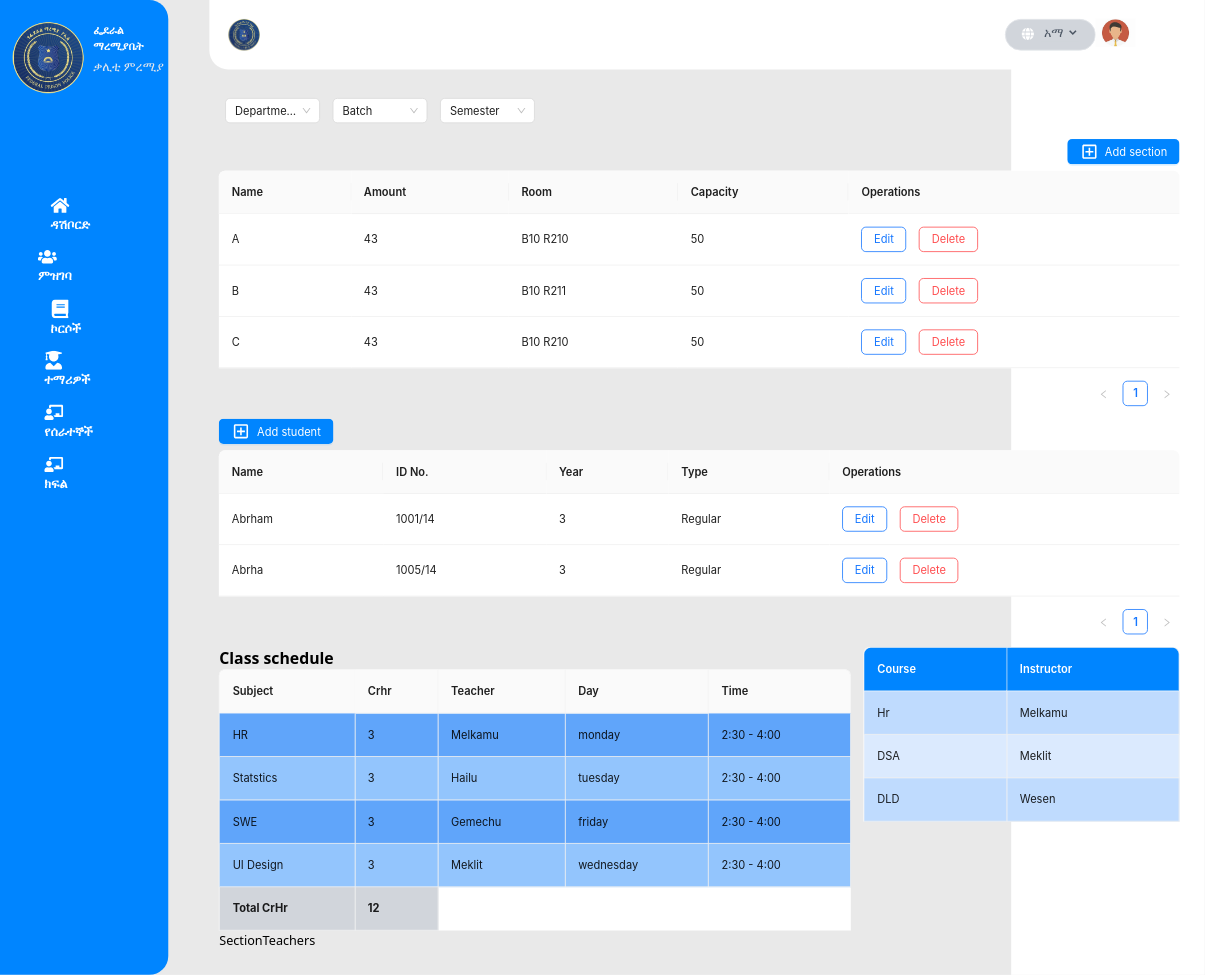
Repository: Yigoya/federal-prison-education-ms-frontend
Page: /classroom, after clicking the first element matching `td.ant-table-cell > a`
An editor plug-in stored every save of this project. The page is shown before and after a run of saves, followed by the edit.
The browser window is 1280 px wide. The page is 1525 px wide, so the pictures cover 1525 px, including what lies to the right of the window. The pictures show the whole page, at 79% of full size.
The project was rebuilt for these pictures with package versions that can differ from the ones it lists, and the page was loaded fresh each time. Also part of the build but not shown: vite.config.js, src/App.css, src/pages/DashBoard.jsx, src/pages/Courses.jsx, src/layout/AuthLayout.jsx, src/pages/Login.jsx, src/pages/Teachers.jsx, src/pages/StudentRegistration.jsx and 2 more. Imported but missing from the stored project, and not drawn on this page: src/pages/Students.

Above is the page before, as saved 2024-07-05 11:01:53.

### src/App.jsx
// import { useState } from "react";
import "./App.css";
import { Routes, Route } from "react-router-dom";
import DashBoard from "./pages/DashBoard";
// import Register from "./pages/Register";
import Students from "./pages/Students";
import Courses from "./pages/Courses";
import RootLayout from "./layout/RootLayout";
import AuthLayout from "./layout/AuthLayout";
import Login from "./pages/Login";
import Teachers from "./pages/Teachers";
// import { useTranslation } from "react-i18next";
import { StudentRegistration } from "./pages/StudentRegistration";
import Classroom from "./pages/Classroom";
function App() {
  // const [count, setCount] = useState(0);
  // const { t } = useTranslation();
  return (
    <>
      <Routes>
        <Route element={<AuthLayout />}>
          <Route path="/login" element={<Login />} />
        </Route>
        <Route element={<RootLayout />}>
          <Route path="/" element={<DashBoard />} />
          <Route path="/register" element={<StudentRegistration />} />
          <Route path="/students" element={<Students />} />
          <Route path="/courses" element={<Courses />} />
          <Route path="/allcourse" element={<Courses />} />
          <Route path="/addcourse" element={<Courses />} />
          <Route path="/managecourse" element={<Courses />} />
          <Route path="/classroom" element={<Classroom />} />
          <Route path="/grading" element={<Courses />} />
          <Route path="/staffprofile" element={<Courses />} />
          <Route path="/examscheduling" element={<Teachers />} />
        </Route>
      </Routes>
    </>
  );
}

export default App;

### src/i18n.js
import i18n from 'i18next';
import { initReactI18next } from 'react-i18next';

i18n
  .use(initReactI18next) // Initialize React integration
  .init({
    resources: {
      en: { translation: {
        "login": "login!",
        "id": "Enter Id number",
        "password": "Enter your password",
        "fpassword": "forgot your password",
        "FDRE": "FEDERAL PRSISON POLICE",
        "courses":"courses",
        "kality": "Kality Prison",
        "dashboard": "Dashboardes",
        "students": "Students",
        "teacher": "Teacher",
        "staff": "Staff Member",
        "admin": "Admin",
        "registerStudent": "Register Student",
        "registerStudents": "Register Student",
        "registerStaff": "Register Staff",
        "viewStudent": "View Student",
        "viewStaff": "View Staff",
        "registerStu": "Click here to register a student",
        "registerSta": "Click here to register a staff members",
        "viewStu": "Click here to see students",
        "studentregistration": "Student Registration",
        "fullname": "Full Name",
        "enter": "click to enter value",
        "zone": "Zone",
        "age": "Age",
        "period": "Period",
        "crime": "Crime",
        "year": "mm/yyyy",
        "chosenGrade": "Chosen Grade",
        "status": "Status",
        "new": "New",
        "old": "Old",
        "language": "Language",
        "amharic": "Amharic",
        "oromifa": "Oromifa",
        "ethnicity":"Ethnicity",
        "ethiopian": "Ethiopian",
        "kenya":"Kenyan",
        "arab":"Arab",
        "bengali":"Bengali",
        "burmese":"Burmese",
        "chinese":"Chinese",
        "fulani":"Fulani",
        "hausa":"Hausa",
        "japanese":"Japanese",
        "korean":"Korean",
        "maasai":"Maasai",
        "amherican":"Amherican",
        "pashtun":"Pashtun",
        "punjabi":"Punjabi",
        "sindhi":"Sindhi",
        "register":"Register",
        "profile":"Profile",
        "pyear":"Year",
        "personalInfo":"Personal Information",
        "basicDetail":"Basic Detail",
        "department":"Department",
        "section":"Section",
        "email":"Email",
        "phoneNo":"Phone Number",
        "Fname": "First name",
        "Lname": "Last name",
        "ID": "Id Number",
        "entereth" :"Select Ethnicity"
      }

    },
      am: { translation:
        {
          "login": "ግባ",
          "admin": "አድሚን",
          "courses":"ኮርሶች",
          "classroom": "ክፍል",
          "id": "መለያ ቁጥር ያስገቡ",
          "password": "ሚስጥር ቁጥር ያስገቡ",
          "fpassword": "ሚስጥር ቁጥርኦትን ",
          "registerStudents": "ይመዝግቡ",
          "FDRE": "ፌደራል ማረሚያቤት",
          "kality": "ቃሊቲ ምረሚያ",
            "dashboard": "ዳሽቦርድ",
            "students": "ተማሪዎች",
            "teacher": "መምህር",
            "staff": "የሰራተኞች",
            "registerStudent": "ተማሪ ይመዝገቡ",
            "registerStaff": "ሠራተኞች ይመዝገቡ",
            "viewStudent": "ተማሪን ይመልከቱ",
            "viewStaff": "ሰራተኞችን ልማየት እዚህ ይጫኑ",
            "registerStu": "ተማሪ ለመመዝገብ እዚህ ይጫኑ",
            "registerSta": "ሰራተኞችን ለመመዝገብ እዚህ ይጫኑ",
            "viewStu": "ተማሪ ልማየት እዚህ ይጫኑ",
            "studentregistration": "የተማሪ ምዝገባ",
            "fullname": "ሙሉ ስም",
            "enter": "ለማስገባት ይጫኑ",
            "zone": "ዞን",
            "age": "ዕድሜ",
            "period": "እስራት ጊዜ",
            "crime": "ወንጀል",
            "year": "ወወ/ዓዓዓዓ",
            "start": "Start",
            "end": "End",
            "parole":"Parol",
            "chosenGrade": "የመረጡት የትምህርት ደረጃ",
            "status": "ሁኔታ",
            "new": "አዲስ",
            "old": "ነባር",
            "language": "ቋንቋ",
            "amharic": "አማርኛ",
            "oromifa": "OROMIFA",
            "ethnicity": "ዜግነት",
            "ethiopian": "ኢትዮጵያዊ",
            "kenya":"ኬንያዊ",
            "arab":"አረብ",
            "bengali":"ቤንጋሊ",
            "burmese":"በርሚስ",
            "chinese":"ቻይናዊ",
            "fulani":"ፉላኒ",
            "hausa":"ሃውሳ",
            "japanese":"ጃፓናዊ",
            "korean":"ኮሪያዊ",
            "maasai":"ማሳይ",
            "amherican":"አሜሪካዊ",
            "pashtun":"ፓሽቱን",
            "punjabi":"ፑንጃቢ",
            "sindhi":"ስንድሂ",
            "register":"ምዝገባ",
            "profile":"መገለጫ",
            "pyear":"አመት",
            "personalInfo":"የግል መረጃ",
            "basicDetail":"መሰረታዊ መረጃ",
            "department":"ዲፓርትመንት",
            "section":"ክፍል",
            "email":"ኢሜል",
            "phoneNo":"ስልክ ቁጥር",
            "Fname": "ስም",
            "Lname": "አባት ስም",
            "ID": "መለያ ቁጥር",
            "entereth" :"ዜግነት ይምረጡ"
        }
    },
    },
    lng: 'am', // Set default language
  });

export default i18n;

### src/layout/RootLayout.jsx
// import React from 'react'
import { Outlet } from "react-router-dom";
import Navbar from "../components/Navbar";
import SideBar from "../components/SideBar";
function RootLayout() {
  return (
    <div className="flex flex-row w-full min-h-dvh gap-8 bg-[#E9E9E9]">
        <SideBar />

      <div className="w-full min-h-dvh max-h-full">
        <Navbar />
        <div className="flex-1 flex overflow-hidden">
          <section className="flex-1 overflow-y-scroll">
            <Outlet />
          </section>
        </div>
      </div>
    </div>
  );
}

export default RootLayout;

### src/pages/Classroom.jsx
import { useState } from "react";
import Selector from '../components/classroom/Selector.jsx';
import SectionsTable from "../components/classroom/SectionsTable.jsx";
import NewSectionDrawer from "../components/classroom/NewSectionDrawer.jsx";
import {
  departmentOptions,
  yearOptions,
  semesterOptions,
} from "../data/classroomArrayData.js";
import { Button } from "antd";
import AddBoxOutlinedIcon from "@mui/icons-material/AddBoxOutlined";

const Classroom = () => {
  const [drawerVisiblity, setDrawerVisiblity] = useState(false);
  const handleClick = () => {
    setDrawerVisiblity(prevState => !prevState);
  };

  return (
    <div className="p-8 ">
      <Selector typeName="Department" options={departmentOptions} />
      <Selector typeName="Batch" options={yearOptions} />
      <Selector typeName="Semester" options={semesterOptions} />

      {/* sections table */}
      <div className="mt-4">
        {drawerVisiblity && <NewSectionDrawer visiblity = {drawerVisiblity}/>}
        <div className="grid justify-items-end">
          <Button
            className="bg-[#0085FF] mb-2"
            type="primary"
            onClick={handleClick}
          >
            <AddBoxOutlinedIcon />
            Add section
          </Button>
        </div>
        <SectionsTable />
      </div>
    </div>
  );
};

export default Classroom;

### src/components/Navbar.jsx
import React from 'react'
import { AiOutlineSearch } from 'react-icons/ai';
import logo from '../assets/images/fdre_logo.png'
import { FaGlobe } from 'react-icons/fa';
import avatar from '../assets/images/Avatar.jpg'
import { useTranslation } from 'react-i18next';
function Navbar() {
  const { i18n } = useTranslation();

  const handleLanguageChange = (event) => {
    i18n.changeLanguage(event.target.value);
  };
  return (
    <div className='mr-16 '>
      <div className='bg-white rounded-b-3xl p-6 ml-5 flex justify-between'>
        <div style={{ width: '40px' }} >
          <img src={logo}  alt="logo" />
        </div>
        <div className='flex '>
          <div className='py-1 px-5 border rounded-full bg-gray-300 '>
           <FaGlobe className='inline-block text-white mr-2'/>
            <select onChange={handleLanguageChange} className='inline-block bg-gray-300 text-gray-600' id="">
              <option value="am">አማ</option>
              <option value="en">En</option>
              <option value="or">Oro</option>
            </select>
          </div>
          <div>
            <img src={avatar} width={'50px'}/>
          </div>
        </div>
      </div>

    </div>
  )
}

export default Navbar

### src/components/SideBar.jsx
import { FaHome, FaUserGraduate, FaBook, FaChalkboardTeacher, FaUsers } from 'react-icons/fa';

import logo from '../assets/images/fdre_logo.png'
import { Link } from 'react-router-dom'
import { useTranslation } from 'react-i18next';
function SideBar() {
const {t} = useTranslation()
  return (
    <div className='w-1/4 bg-[#0085FF] rounded-r-3xl'>
          <div className='mt-7 ml-4 flex'>
            <div className='mr-3'>
              <img src={logo} alt="logo" width={'100px'} />
            </div>
            <div>
              <p className ='font-bold text-sm text-white mb-1'>{t('FDRE')}</p>
              <p className='text-gray-200'>{t('kality')}</p>
            </div>

          </div>
          <div className='flex flex-col items-center font-bold text-white py-20 mt-10'>

            <Link className='hover:border border-gray-200 rounded-full hover:bg-gray-100 hover:text-[#0085FF] p-2 px-16 inline-block mr-4' to='/'> <FaHome className='inline-block mr-2 text-2xl'/>{t('dashboard')}</Link>
            <Link className='hover:border border-gray-200 rounded-full py-2 px-12 hover:bg-gray-100 hover:text-[#0085FF] inline-block mr-10 ' to='/register'><FaUsers className='inline-block mr-2 text-2xl'/> {t('register')}</Link>
            <Link className='hover:border border-gray-200 rounded-full py-2 px-16 hover:bg-gray-100 hover:text-[#0085FF] inline-block mr-10 ' to='/courses'><FaBook className='inline-block mr-3  text-2xl'/>{t('courses')}</Link>
            <Link className='hover:border border-gray-200 rounded-full py-2 px-14 hover:bg-gray-100 hover:text-[#0085FF] inline-block mr-8' to='/students'> <FaUserGraduate className='inline-block mr-5  text-2xl'  />{t('students')}</Link>
            <Link className='hover:border border-gray-200 rounded-full py-2 px-14 hover:bg-gray-100 hover:text-[#0085FF] inline-block mr-10' to='/teachers'><FaChalkboardTeacher className='inline-block  mr-5  text-2xl'/>{t('staff')}</Link>
            <Link className='hover:border border-gray-200 rounded-full py-2 px-14 hover:bg-gray-100 hover:text-[#0085FF] inline-block mr-10' to='/classroom'><FaChalkboardTeacher className='inline-block  mr-5  text-2xl'/>{t('classroom')}</Link>

          </div>
        </div>

  )
}

export default SideBar

### src/pages/login.css

* {
    margin: 0;
    box-sizing: border-box;

}
.page {
    height: 100vh;
    width: 100%;
    display: flex;
    justify-content: center;
    align-items: center;
}

.cover {
    background-color: white;
    width: 30em;
    height: 25em;
    position: relative;
    border-radius: 1em;
    box-shadow: 0 0.188em 1.550em rgb(156, 156, 156);
    display: flex;
    flex-direction: column;
    align-items:center;
    justify-content:space-between;
    margin-right: 40px;

}

.container {
    display: flex;
    justify-content: space-between;
    align-items: center;

  }
.image-section {
    margin-left: 20px;
    padding: 100px;

}
.image-section img {
    margin-top: 2px;
    width: "200px";
    height: "200px";
    border-radius: "50%";
    object-fit: contain;

  }

input {
    border: none;
    background-color: rgb(229, 226, 226);
    width: 80%;
    border-radius: 0.25em;
    text-align: center;
    padding: 2em;
    font-size: 0.75em;
}

input:focus {
    outline-color: rgb(32, 177, 255);
}

.btn {
    width: 40%;
    height: 3em;
    background-color: rgb(32, 177, 255);
    display: flex;
    justify-content: center;
    align-items: center;
    transition: 0.5s;
    border-radius: 0.25em;
    cursor: pointer;
}

### src/components/classroom/Selector.jsx
// /* eslint-disable react/prop-types */
import { Select, Space } from 'antd';


const handleChange = (value) => {
  console.log(`selected ${value}`);
};

const Selector = ({typeName, options} ) => (
  <Space wrap>
    <Select
      className='mx-2 my-1'
      defaultValue={typeName}
      style={{
        width: 120,
      }}
      onChange={handleChange}
      options={options} // array of options
    />
  </Space>
);
export default Selector;

### src/components/classroom/SectionsTable.jsx
import { Space, Table, Button } from "antd";
import { sectionsData as data } from "../../data/classroomArrayData.js";
import { useState } from "react";
import StudentsTable from "./StudentsTable.jsx";
import ClassSchedule from "./ClassSchedule.jsx";
import SectionTeachers from "./SectionTeachers.jsx";
import CoursesList from "./CoursesList.jsx";

const SectionsTable = () => {
  const [activeSection, setActiveSection] = useState(null);

  const columns = [
    {
      title: "Name",
      dataIndex: "name",
      key: "name",
      render: (text) => <a onClick={() => handleSectionClick(text)}>{text}</a>,
    },
    {
      title: "Amount",
      dataIndex: "amount",
      key: "amount",
    },
    {
      title: "Room",
      dataIndex: "room",
      key: "room",
    },
    {
      title: "Capacity",
      dataIndex: "capacity",
      key: "capacity",
    },
    {
      title: "Operations",
      key: "action",
      render: () => (
        <Space size="middle">
          <Button type="primary" ghost>
            Edit
          </Button>
          <Button type="primary" danger ghost>
            Delete
          </Button>
        </Space>
      ),
    },
  ];

  const handleSectionClick = (sectionName) => {
    setActiveSection((prev) => (prev === sectionName ? null : sectionName));
  };

  return (
    <div>
      <Table columns={columns} dataSource={data} />
      {activeSection && (
        <div>
          <StudentsTable section={activeSection} />
          <div className="flex gap-2">
            <ClassSchedule /> <br />
            <CoursesList />
          </div>
          <SectionTeachers />
        </div>
      )}
    </div>
  );
};
export default SectionsTable;

### src/data/classroomArrayData.js
export const departmentOptions = [
  {
    label: "Software",
    value: "software",
  },
  {
    label: "Human Resources",
    value: "human_resources",
  },
  {
    label: "Marketing",
    value: "marketing",
  },
  {
    label: "Sales",
    value: "sales",
  },
  {
    label: "Finance",
    value: "finance",
  },
  {
    label: "Customer Support",
    value: "customer_support",
  },
  {
    label: "IT",
    value: "it",
  },
];

export const yearOptions = [
  {
    label: "1",
    value: 1,
  },
  {
    label: "2",
    value: 2,
  },
  {
    label: "3",
    value: 3,
  },
  {
    label: "4",
    value: 4,
  },
];

export const semesterOptions = [
  {
    label: "I",
    value: 1,
  },
  {
    label: "II",
    value: 2,
  },
];

export const courseOptions = [
  {
    label: "DSA",
    value: "dsa",
  },
  {
    label: "FLAT",
    value: "flat",
  },
  {
    label: "DLD",
    value: "dld",
  },
  {
    label: "OS",
    value: "os",
  },
];

export const studentsData = [
  {
    key: "1",
    name: "Abrham",
    id: "1001/14",
    year: "3",
    type: "Regular",
    section: "A",
  },
  {
    key: "1",
    name: "Abrha",
    id: "1005/14",
    year: "3",
    type: "Regular",
    section: "A",
  },
  {
    key: "2",
    name: "Aster",
    id: "1002/14",
    year: "3",
    type: "Regular",
    section: "B"
  },
  {
    key: "3",
    name: "Askal",
    id: "1003/14",
    year: "3",
    type: "Regular",
    section: "C"
  },
];

export const sectionsData = [
  {
    name: "A",
    amount: 43,
    room: "B10 R210",
    capacity: 50,
  },
  {
    name: "B",
    amount: 43,
    room: "B10 R211",
    capacity: 50,
  },
  {
    name: "C",
    amount: 43,
    room: "B10 R210",
    capacity: 50,
  },
];

### src/components/classroom/StudentsTable.jsx
import { Space, Table, Button } from "antd";
import { studentsData as data } from "../../data/classroomArrayData.js";
import AddBoxOutlinedIcon from "@mui/icons-material/AddBoxOutlined";

const columns = [
  {
    title: "Name",
    dataIndex: "name",
    key: "name",
    render: (text) => <a>{text}</a>,
  },
  {
    title: "ID No.",
    dataIndex: "id",
    key: "id",
  },
  {
    title: "Year",
    dataIndex: "year",
    key: "year",
  },
  {
    title: "Type",
    dataIndex: "type",
    key: "type",
  },
  {
    title: "Operations",
    key: "action",
    render: () => (
      <Space size="middle">
        <Button type="primary" ghost>
          Edit
        </Button>
        <Button type="primary" danger ghost>
          Delete
        </Button>
      </Space>
    ),
  },
];

// eslint-disable-next-line react/prop-types
const StudentsTable = ({ section }) => {
  return (
    <div>
      <Button className="bg-[#0085FF] mb-2" type="primary">
        <AddBoxOutlinedIcon />
        Add student
      </Button>
      <Table
        columns={columns}
        dataSource={data.filter((student) => student.section === section)}
      />
      {console.log("the section clicked is : ", section)}
    </div>
  );
};
export default StudentsTable;

### src/components/classroom/ClassSchedule.jsx
import { Table, Typography } from "antd";
const { Text } = Typography;
const columns = [
  {
    title: "Subject",
    dataIndex: "subject",
  },
  {
    title: "Crhr",
    dataIndex: "crhr",
  },
  {
    title: "Teacher",
    dataIndex: "teacher",
  },
  {
    title: "Day",
    dataIndex: "day",
  },
  {
    title: "Time",
    dataIndex: "time",
  },
];
const data = [
  {
    key: "1",
    subject: "HR",
    crhr: 3,
    teacher: "Melkamu",
    day: "monday",
    time: "2:30 - 4:00"
  },
  {
    key: "2",
    subject: "Statstics",
    crhr: 3,
    teacher: "Hailu",
    day: "tuesday",
    time: "2:30 - 4:00"
  },
  {
    key: "3",
    subject: "SWE",
    crhr: 3,
    teacher: "Gemechu",
    day: "friday",
    time: "2:30 - 4:00"
  },
  {
    key: "3",
    subject: "UI Design",
    crhr: 3,
    teacher: "Meklit",
    day: "wednesday",
    time: "2:30 - 4:00"
  },
];

const ClassSchedule = () => (
  <div className="flex justify-center">
    <div>
    <h1 className="text-xl font-bold">Class schedule</h1>
    <Table
    className="w-[800px]"
      borderColor="#0085FF"
      columns={columns}
      dataSource={data}
      pagination={false}
      bordered

      rowClassName={(record, index) =>
        index % 2 === 0 ? "bg-blue-400" : "bg-blue-300"
      }
      summary={(pageData) => {
        let totalCrhr = 0;
        pageData.forEach(({ crhr }) => {
          totalCrhr += crhr;
        });
        return (
          <>
            <Table.Summary.Row className="font-bold bg-gray-300">
              <Table.Summary.Cell index={0}>Total CrHr</Table.Summary.Cell>
              <Table.Summary.Cell index={1}>
                <Text>{totalCrhr}</Text>
              </Table.Summary.Cell>
            </Table.Summary.Row>
          </>
        );
      }}
    />
    </div>
  </div>
);
export default ClassSchedule;

### src/components/classroom/SectionTeachers.jsx
import React from 'react'

const SectionTeachers = () => {
  return (
    <div>SectionTeachers</div>
  )
}

export default SectionTeachers

### src/components/classroom/CoursesList.jsx
import { Table } from "antd";

const columns = [
  {
    title: "Course",
    dataIndex: "course",
    onHeaderCell: () => ({
      style: { backgroundColor: "#0085FF", color: "#fff" },
    }),
  },
  {
    title: "Instructor",
    dataIndex: "instructor",
    onHeaderCell: () => ({
        style: { backgroundColor: "#0085FF", color: "#fff" }
      })
  },
];
const data = [
  {
    key: "1",
    course: "Hr",
    instructor: "Melkamu",
  },
  {
    key: "2",
    course: "DSA",
    instructor: "Meklit",
  },
  {
    key: "3",
    course: "DLD",
    instructor: "Wesen",
  },
];

const CoursesList = () => (
  <>
    <div className="flex justify-center">
      <Table
        className="w-[400px]"
        columns={columns}
        dataSource={data}
        pagination={false}
        bordered
        rowClassName={(record, index) =>
          index % 2 === 0 ? "bg-blue-200" : "bg-blue-100"
        }
      />
    </div>
  </>
);
export default CoursesList;

Loaded but not shown: index.html (common file); src/main.jsx (common file); src/index.css (common file); tailwind.config.js (common file)

After the next 3 saves:
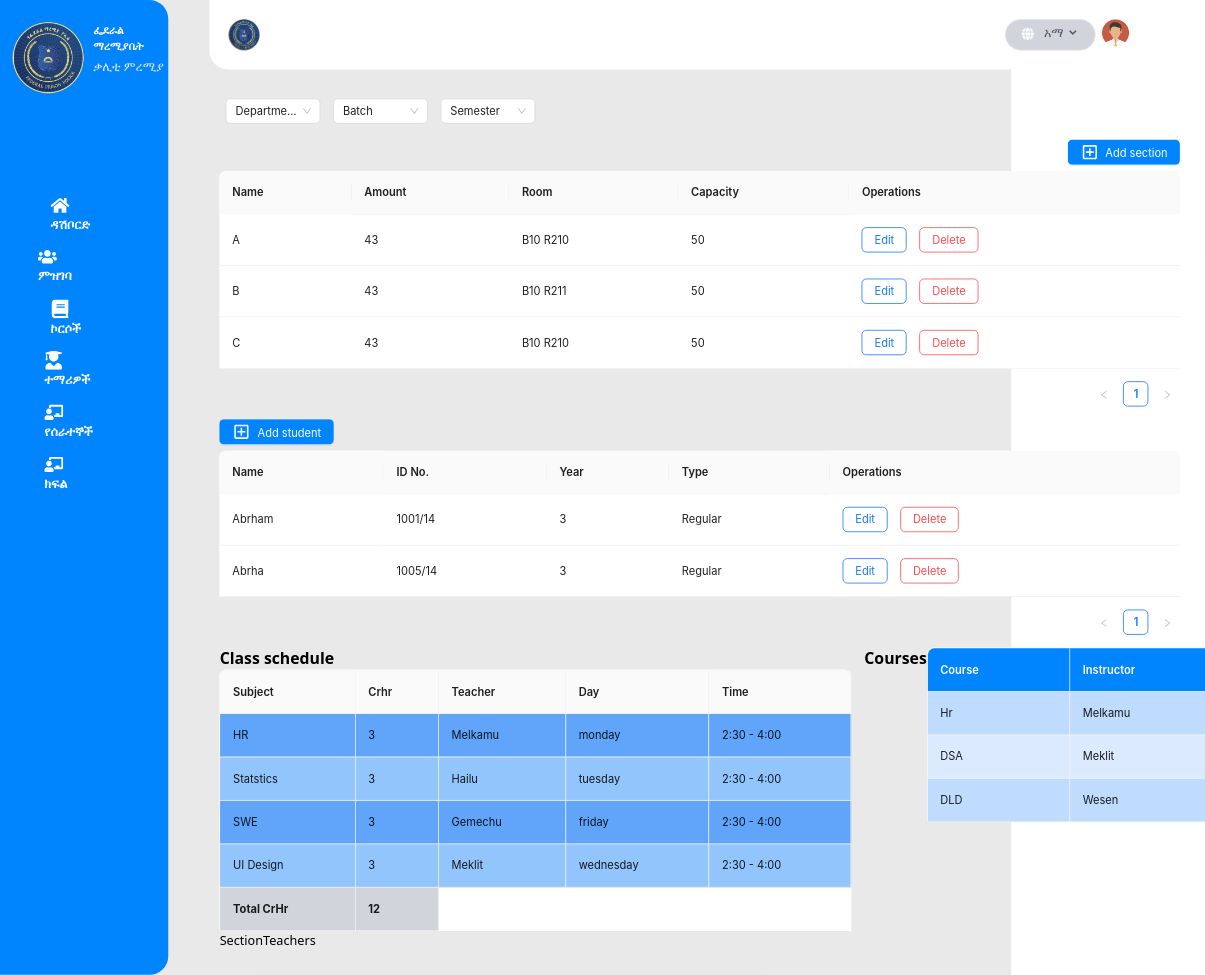
The 3 saves are shown as one change because they came seconds apart.
The last was saved 14 s later.
--- a/src/components/classroom/CoursesList.jsx
+++ b/src/components/classroom/CoursesList.jsx
@@ -37,6 +37,7 @@
 const CoursesList = () => (
   <>
     <div className="flex justify-center">
+    <h1 className="text-xl font-bold">Courses</h1>
       <Table
         className="w-[400px]"
         columns={columns}
